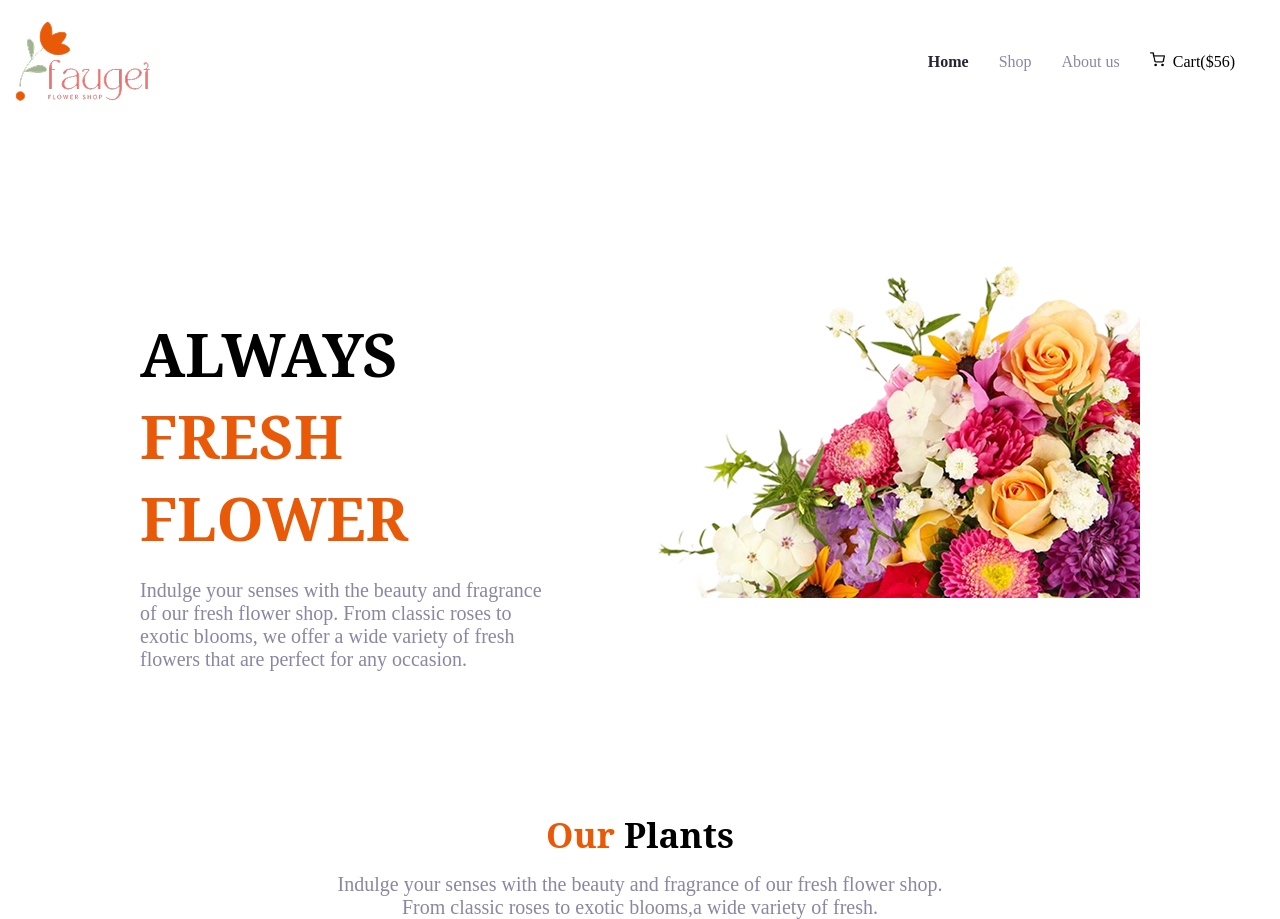
Repository: dollyrakhe22/Flowers-main-website
Page: index.html
An editor plug-in stored every save of this project. The page is shown before and after the next save, followed by the edit.
The browser window is 1280 px wide. The pictures show the whole page.
Some web libraries are served in a nearby version.

Above is the page before, as saved 2025-07-25 16:43:56.

### index.html
<!DOCTYPE html>
<html lang="en">
<head>
    <meta charset="UTF-8">
    <meta name="viewport" content="width=device-width, initial-scale=1.0">
    <title>Flowers Site</title>
    <link rel="stylesheet" href="style.css">
    <link rel="stylesheet" href="https://cdnjs.cloudflare.com/ajax/libs/font-awesome/7.0.0/css/all.min.css" integrity="sha512-DxV+EoADOkOygM4IR9yXP8Sb2qwgidEmeqAEmDKIOfPRQZOWbXCzLC6vjbZyy0vPisbH2SyW27+ddLVCN+OMzQ==" crossorigin="anonymous" referrerpolicy="no-referrer" />
</head>
<body >
  <!--Header-Section -->
    <header>
           <nav class="nav-bar display-flex">
                <img src="assets/logo.png" alt="" srcset="">

                   <ul class="list-link display-flex ">

                <li class="list-item text-black ">Home</li>
                <li class="list-item text-gray">Shop</li>
                <li class="list-item text-gray">About us</li>
                <li class="shopping"><img src="assets/shopping-cart (1).jpg"id="shopping-card" alt="" srcset=""width="15px" height="15px">Cart($56)</li>
             </ul>
           </nav>
           </header>
   <main>
  <!--Fresh Flowers-->
   <!---->
 <section class="flower-section display-flex">
  <div class="fresh-flower">
   <h1 class="flower-title noto-serif-normal">ALWAYS <span class="primary-color">FRESH<br> FLOWER</span></h1>
   <p class="flower-description text-gray">Indulge your senses with the beauty and fragrance of our fresh flower shop. From classic roses to exotic blooms,
     we offer a wide variety of fresh flowers that are perfect for any occasion.</p>
  </div>
  <div class="flower-img">
    <img src="assets/hero-flower.png" alt="" srcset="">
  </div>

 </section>
 <!--Plants-->
<section class="plants-section" >

    <h1 class="plant-title noto-serif-normal"><span class="primary-color">Our</span> Plants</h1>
    <p class="plant-description text-gray">Indulge your senses with the beauty
      and fragrance  of our fresh flower shop. <span style="display: block;"> From classic roses to exotic blooms,a wide variety of fresh.</span>
     </p>

</section>
<!--Plant-Card-Container--
<section >
<div class="card-container">
  <div class="plant-card">
    <img src="assets/sample-flower-image.png" alt="" srcset="">
    <h4 class="lily">Lilly Blossom</h4>
    <p class="price">20 USD</p>
    <button class="btn">ADD TO CART</button>
  </div>
  <div class="plant-card">
    <img src="assets/sample-flower-image.png" alt="" srcset="">
    <h3 class="lily">Lilly Blossom</h3>
    <p class="price">20 USD</p>
    <button class="btn">ADD TO CART</button>
  </div>
  <div class="plant-card">
    <img src="assets/sample-flower-image.png" alt="" srcset="">
    <h3 class="lily">Lilly Blossom</h3>
    <p class="price">20 USD</p>
    <button class="btn">ADD TO CART</button>
  </div>
  <div class="plant-card">
    <img src="assets/sample-flower-image.png" alt="" srcset="">
    <h3 class="lily">Lilly Blossom</h3>
    <p class="price">20 USD</p>
    <button class="btn">ADD TO CART</button>
  </div>

<div class="plant-card">
    <img src="assets/sample-flower-image.png" alt="" srcset="">
    <h3 class="lily">Lilly Blossom</h3>
    <p class="price">20 USD</p>
    <button class="btn">ADD TO CART</button>
  </div>
  <div class="plant-card">
    <img src="assets/sample-flower-image.png" alt="" srcset="">
    <h3 class="lily">Lilly Blossom</h3>
    <p class="price">20 USD</p>
    <button class="btn">ADD TO CART</button>
  </div>
  <div class="plant-card">
    <img src="assets/sample-flower-image.png" alt="" srcset="">
    <h3 class="lily">Lilly Blossom</h3>
    <p class="price">20 USD</p>
    <button class="btn">ADD TO CART</button>
  </div>
  <div class="plant-card">
    <img src="assets/sample-flower-image.png" alt="" srcset="">
    <h3 class="lily">Lilly Blossom</h3>
    <p class="price">20 USD</p>
    <button class="btn">ADD TO CART</button>
  </div>

</div>
</section hidden>
<!--Flowers-Lovers--
<section class="flower-plant display-flex">
  <div class="badge-container">
    <img id="badge" src="assets/trusted-badge.png" alt="" srcset="" >
    <img src="assets/flower-store.png" alt="" srcset="">
  </div>
  <div class="plan-about">
    <h1 class="lover-title noto-serif-normal">Flowers and Plant Lovers</h1>
    <ul class="lover-description">
      <li class="text-gray">Indulge your senses with the beauty and fragrance of our fresh flower shop.
         From classic roses to exotic blooms, we offer a wide variety of fresh.</li>
      <li class="text-gray">Indulge your senses with the beauty and fragrance of our fresh flower shop.
         From classic roses to exotic blooms, we offer a wide variety of fresh.</li>
      <li class="text-gray">Indulge your senses with the beauty and fragrance of our fresh flower shop.
         From classic roses to exotic blooms, we offer a wide variety of fresh.</li>
    </ul>
  </div>
</section>
<!--Latest-Deals--
<section class="latest-section"  hidden>

    <h1 class="latest-title noto-serif-normal"><span class="primary-color">Latest</span> Deals</h1>
    <p class="latest-description text-gray">Indulge your senses with the beauty
      and fragrance  of our fresh flower shop. <span style="display: block;"> From classic roses to exotic blooms,a wide variety of fresh.</span>
     </p>
</section>
<!--Latest-Deals-Box--
 <section class ="latest-box" hidden>
  <div class="row">
    <div class="card" style="background-image:url(assets/deal-bloom.png) " style="background:#C8C8C8;">
        <div class="bloom-text">
          <h4 class="bloom noto-serif-normal">60% Off | Bloom Plant</h4>
         <a href="shop" class="shop">Shop Now</a>

        </div>
      </div>
    <div class="card" style="background-image:url(assets/deal-ana.png)" >
        <div class="bloom-text">
          <h4 class="bloom noto-serif-normal">60% Off | Bloom Plant</h4>
         <a href="shop" class="shop">Shop Now</a>
        </div>

      </div>
  </div>

  <div class="zabo" style="background-image: url(assets/deal-zabo.png);">
  <div class="zabo-text">
    <h1 class="zabo-title noto-serif-normal">25% Off | Zabo Plant</h1>
    <a href="shop" class="zabo-shop">shop Now</a>

  </div>



</div>

 </section>
<!--Search-Section--
<section hidden>
  <div class="branch">

      <h1 class="branch-title noto-serif-normal">Join the colorful Bunch</h1>
       <div class="wrapper">
      <div class="input-data display-flex">
    <input type="text" name="" id="" placeholder="Write email">

    <button class="search-button">Subscribe</button>

      </div>
  </div>
  </div>
</section>

<!--Footer --
<div class="footer display-flex" hidden>
<div class="footer-section">
 <img src="assets/logo.png" alt="" srcset="">
 <p class="text-gray footer-description">Indulge your senses with the
  <br>beauty and fragrance of our fresh <br>flower shop. </p>
</div class="display-flex">


<div class="footer-list">
  <ul>
   <li class="footer-link text-gray" >Home</li>
   <li class="footer-link text-gray">About us</li>
   <li class="footer-link text-gray">Blog</li>
   <li class="footer-link text-gray">FAQ</li>
   <li class="footer-link text-gray">Contact Us</li>

  </ul>
</div>
<div class="footer-list display-flex icon-list">
<div class=" list">
  <ul>
    <li class="footer-link text-gray">Feature</li>
    <li class="footer-link text-gray">Pricing</li>
    <li class="footer-link text-gray">Privacy Of Policy</li>
    <li class="footer-link text-gray">Terms Of Service</li>
    <li class="footer-link text-gray">Help Center</li>
  </ul>

      <span class="social-icon">
      <img src="assets/icon-linkedin.png" alt="" srcset="" width="30px" height="30px" >
    <img src="assets/icon-twitter.png" alt="" srcset=""  width="30px" height="30px" >
    <img src="assets/icon-facebook.png" alt="" srcset="" width="30px" height="30px" >
    <img src="assets/icon-youtube.png" alt="" srcset="" width="30px" height="30px">
      </span>
  </div>
















</div>



    </main>
    <footer>

    </footer>
</body>
</html>

### style.css
@import url('https://fonts.googleapis.com/css2?family=Noto+Serif:ital,wght@0,100..900;1,100..900&display=swap');

*{
    box-sizing: border-box;
    margin: 0;
    padding: 0;
}

.noto-serif-normal{
  font-family: "Noto Serif", serif;
  font-optical-sizing: auto;
  font-style: normal;

}
/*shared style*/
.display-flex{
    display: flex;
}
/*black*/
.text-black{
    color:#252432;
    font-weight: bold;
}
/*dark 02*/
.text-gray{
    color: #8987A1;
}
.primary-color{
    color:#E95A08;
}
/*navbar start*/
.nav-bar{
   justify-content: space-between;
   margin: 20px auto;
   max-width: 1250px;


}
.list-link{
    justify-items: center;
    justify-content: center;
    align-items: center;



}
nav ul li{
    list-style: none;
    margin-right: 30px;
}
#shopping-card{
    margin-right: 8px;
}
/*Fresh Flower*/
.fresh-flower{
    margin-top: 70px;
}
.flower-section{
    max-width: 100%;
   margin: 140px;
   gap: 10px;
}
.flower-title{
      font-size: 3.75rem;
}
.flower-description{
    font-size: 1.25rem;
    margin-top: 20px;
}
/*Plants*/
.plants-section{
  justify-items: center;

}
.plant-title{
    font-size: 2.18rem;
    font-weight: 700;
}
.plant-description{
    font-size: 1.25rem;
    margin-top: 15px;
   text-align: center;

}
/*Plant-Card-Container*/

.card-container{
    max-width: 1150px;
    margin: 45px auto;
    display: grid;
    grid-template-columns: repeat(4,1fr);
    gap: 5px;
}
.plant-card {
    align-items: center;
    justify-items: center;
}
.lily{
    font-size: 1rem;
    font-weight:200;
    margin-top: 10px;
}
.price{
    font-size: 1.06rem;
    font-weight: bold;
    margin-top: 10px;
}
.btn{
   background-color: #E95A08;
   color:white;
   width: 270px;
   height: 33px;
   border: none;
   margin-top: 16px;
   margin-bottom: 12px;
}
/*Flowers and Lover*/
#badge{
    width: 240px;
    height:240px;
    margin-left: 443px;
    margin-bottom: -122px;
    position: relative;

}
.badge-container{
    margin-top: -147px;
}




.flower-plant{
   max-width: 100%;
    margin: 170px 160px ;
     width: 1250px;

}
.plan-about{
    margin-left: -5px;
    width: 300px;
    margin-right: 268px;
    justify-content: center;
    justify-items: center;


}


.flower-plant img{
    width: 590px;
    height: 450px;
}
.lover-title{
    font-size: 50px;
    width: 470px;
    margin-top: -12px;
    margin-left: 124px;
}
.lover-description{
    font-size: 1.25rem;
    margin-top: 30px;
    margin: 21px;
    width: 400px;
}
.lover-description{
     margin-left: 118px;
}
/*latest-Deals*/
.latest-section{
  justify-items: center;


}
.latest-title{
    font-size: 2.18rem;
    font-weight: 700;
    margin-top: -75px;
}
.latest-description{
    font-size: 1.25rem;
    margin-top: 15px;
   text-align: center;

}

/*Latest-Deals-Box*/
.bloom{
    color: white;
    font-size: 1.2rem;

}
   a{
     color:white;
     font-size: 0.8rem;

}
/*
.zabo-font{
    color:white;
    padding: 180px;
    margin-left: 43px;

}
*/
.zabo-title{
    color: white;
    font-size: 2.06rem;
    font-weight: 700;

}
.card{
   background-repeat: no-repeat;


}
.card {
    text-align: center;
    justify-items: center;
    width: 360px;
    height:163px;
    margin-bottom: 19px;
    margin-left: -105px;
    border-radius: 10px;

}
.zabo {
     background-repeat: no-repeat;
     width: 750px;
     height: 345px;
     margin-left: 20px;
     border-radius: 10px;
}


.row{
   display: grid;
 grid-template-columns: repeat(1,1fr);


}
.zabo-text {
    padding: 180px;
    margin-top:-42px;

}
.zabo-shop{
    font-size: 2rem;
    margin-left:105px;
    font-weight: 800;
}
.bloom-text{
   padding: 65px;
}
.shop{
    font-size: 1.3rem;
    margin-left:10px;
}
.latest-box{
    display: flex;
    margin: 50px 267px;
    width: 1140%;
}
/*Search Section*/
.branch{
    background-image: url(assets/news-letter-bg.png);
    margin-bottom: 50px;
    width: 1490px;
    height:398px;
    background-size: cover;
    text-align: center;
    padding: 170px;

}
.input-data{
   justify-content: center;
}

.branch-title{
    font-size: 2.18rem;
    color: white;
}
.wrapper{
    padding: 22px;

}
.input-data{
    height: 39px;
}
input{
    width: 540px;
}
.search-button{
    background-color:#E95A08;
    color: white;
    border: none;
    width: 130px;
}
/*Footer*/
.footer{
   max-width: 100%;
   margin-bottom: 50px;

}
.footer-section{
    margin: 6px 80px;

}
.footer-description{
    font-size: 1.25rem;
    margin-top: 20px;
}
.footer-list{
    margin: 60px;
    margin-left: 100px;
}
.icon-list{
    display: flex ;
    justify-content: center;

}
.list{
         display: inline-flex;
         gap: 10px;

         margin-left: 110px;
}
.social-icon{
    margin-left: 120px;
}
.footer-list ul li{
       list-style: none;
}
.footer-link{
    line-height: 40px;
    font-size: 1.125rem;
}
.social-icon img{
    margin-right: 25px;
}



/*Responsive media query*/
/*Mobile device */
@media screen and (max-width:576px){
    .nav-bar{
        max-width: 100%;
        margin: 24px auto;
        margin-left: 36px;
    }
    nav img{
        width:80px;
        height: 80px;
    }
   .list-link{
     flex-direction: column;
     align-items: center;
   }
   .list-item{
    display: none;
   }
   .shopping{
       font-size: 1.45rem;
        margin-top: 25px;
        margin-right: 20px;
   }
   li img{
    width: 18px;
    height: 18px;
    max-width: 100%;

   }
   li{
       margin-bottom: 5px;
       margin-top: 50px;
   }
  .flower-section {
       flex-direction: column-reverse;
       margin-top: 40px;

  }
  .flower-img img{
    max-width: 265px;
    margin-left: 5px;


  }
  .flower-title{
    font-size:1.50rem;
    margin: -35px  0px  -13px -115px;
  }
  .flower-description{
    margin-right: -101px;
    margin-left: -116px;
  }

/*Fresh Flower End*/

.plants-section{
  margin-left: -20px;
    margin: -60px;

}
.plant-description{
         width:315px;
         max-width: 260%;
}

}
/*plant section end*
.card-container{
    grid-template-columns: repeat(2,1fr);
    margin-top: 115px;
     max-width: 1150px;
    margin: 45px auto;
}
.plant-card img{
    max-width:300px;
   width: 210px;
   height: 225px;
   margin-top: 50px;
   margin-left: 20px;


}
  .btn{

   width: 200px;
   height: 52px;
   margin-top: 8px;
   margin-bottom: -30px;
   margin-left: 21px;

}
.lily,.price{

}

}

After the next save:
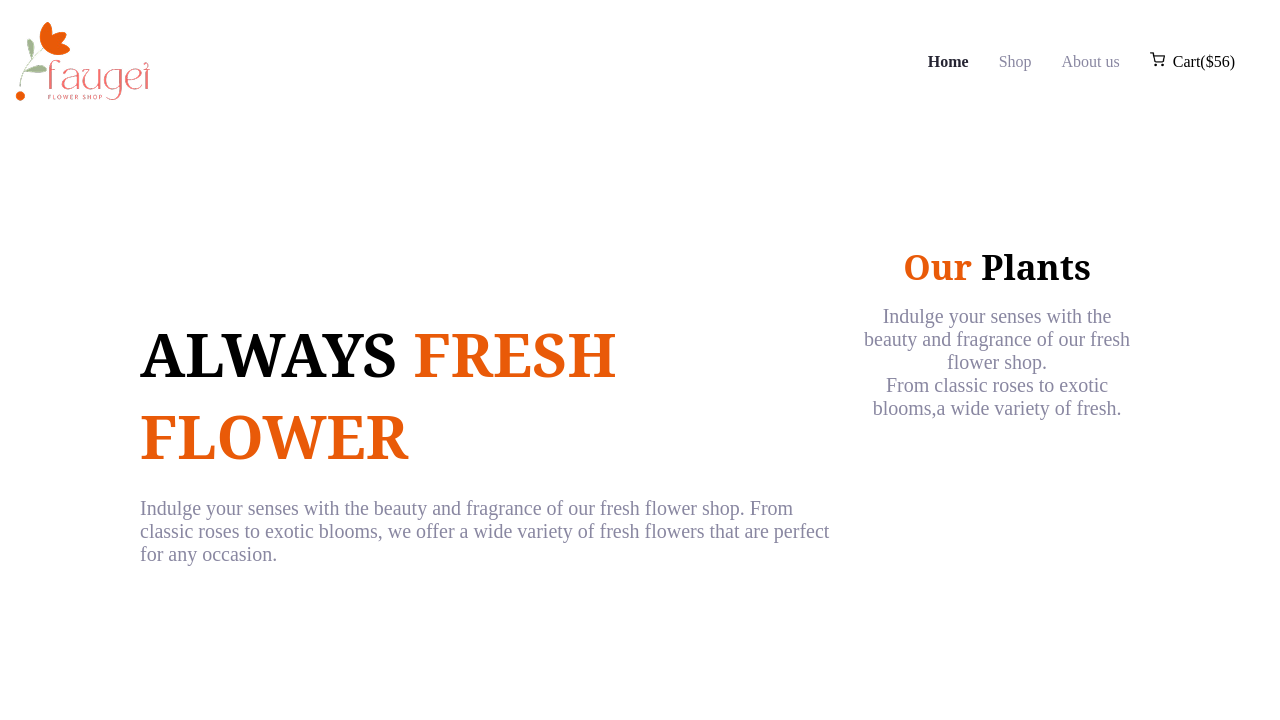
Saved 11 min 43 s later.
--- a/index.html
+++ b/index.html
@@ -31,6 +31,7 @@
    <p class="flower-description text-gray">Indulge your senses with the beauty and fragrance of our fresh flower shop. From classic roses to exotic blooms,
      we offer a wide variety of fresh flowers that are perfect for any occasion.</p>
   </div>
+  <!----
   <div class="flower-img">
     <img src="assets/hero-flower.png" alt="" srcset="">
   </div>

After the save that followed:
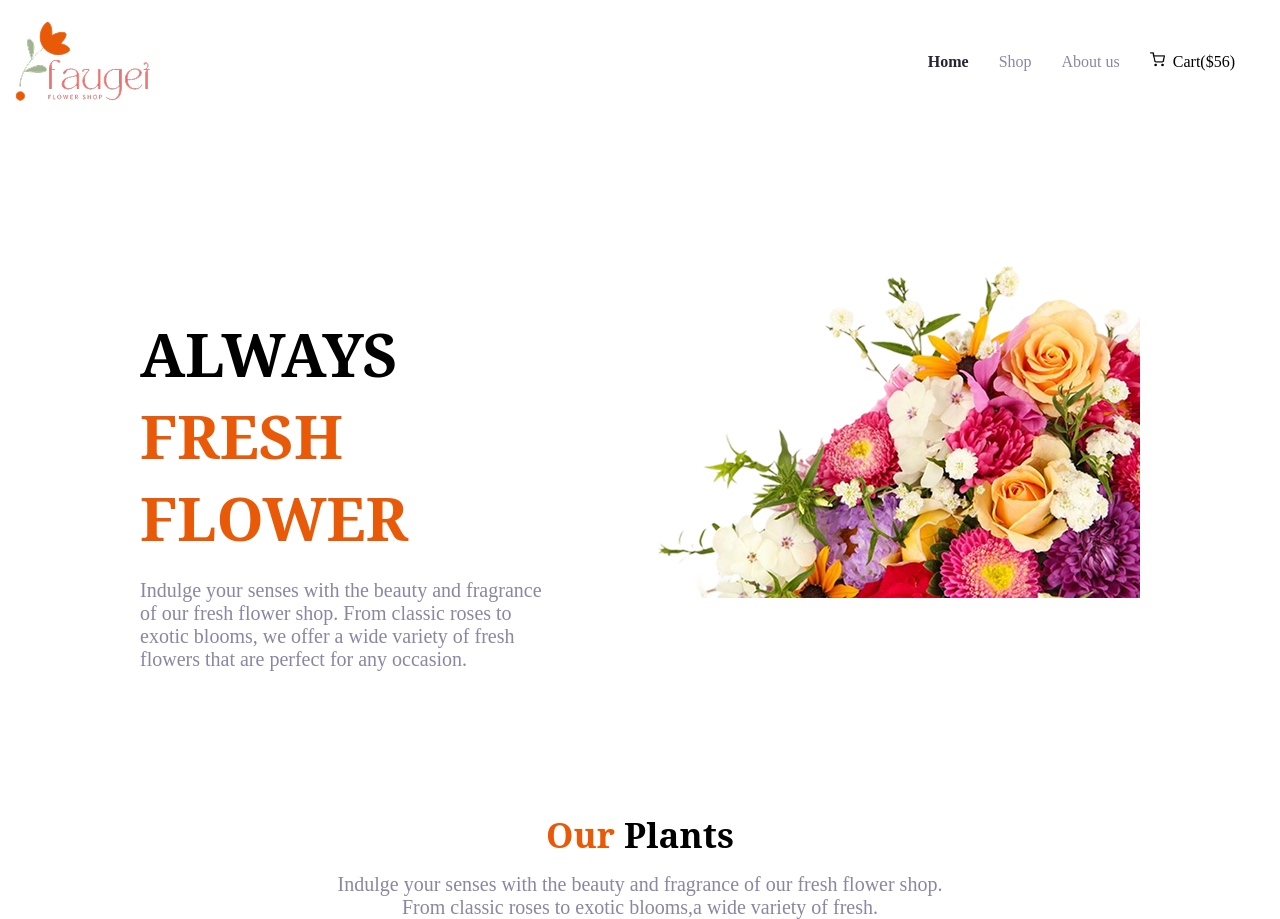
Saved 51 s later.
--- a/index.html
+++ b/index.html
@@ -31,7 +31,7 @@
    <p class="flower-description text-gray">Indulge your senses with the beauty and fragrance of our fresh flower shop. From classic roses to exotic blooms,
      we offer a wide variety of fresh flowers that are perfect for any occasion.</p>
   </div>
-  <!----
+<!---->
   <div class="flower-img">
     <img src="assets/hero-flower.png" alt="" srcset="">
   </div>
